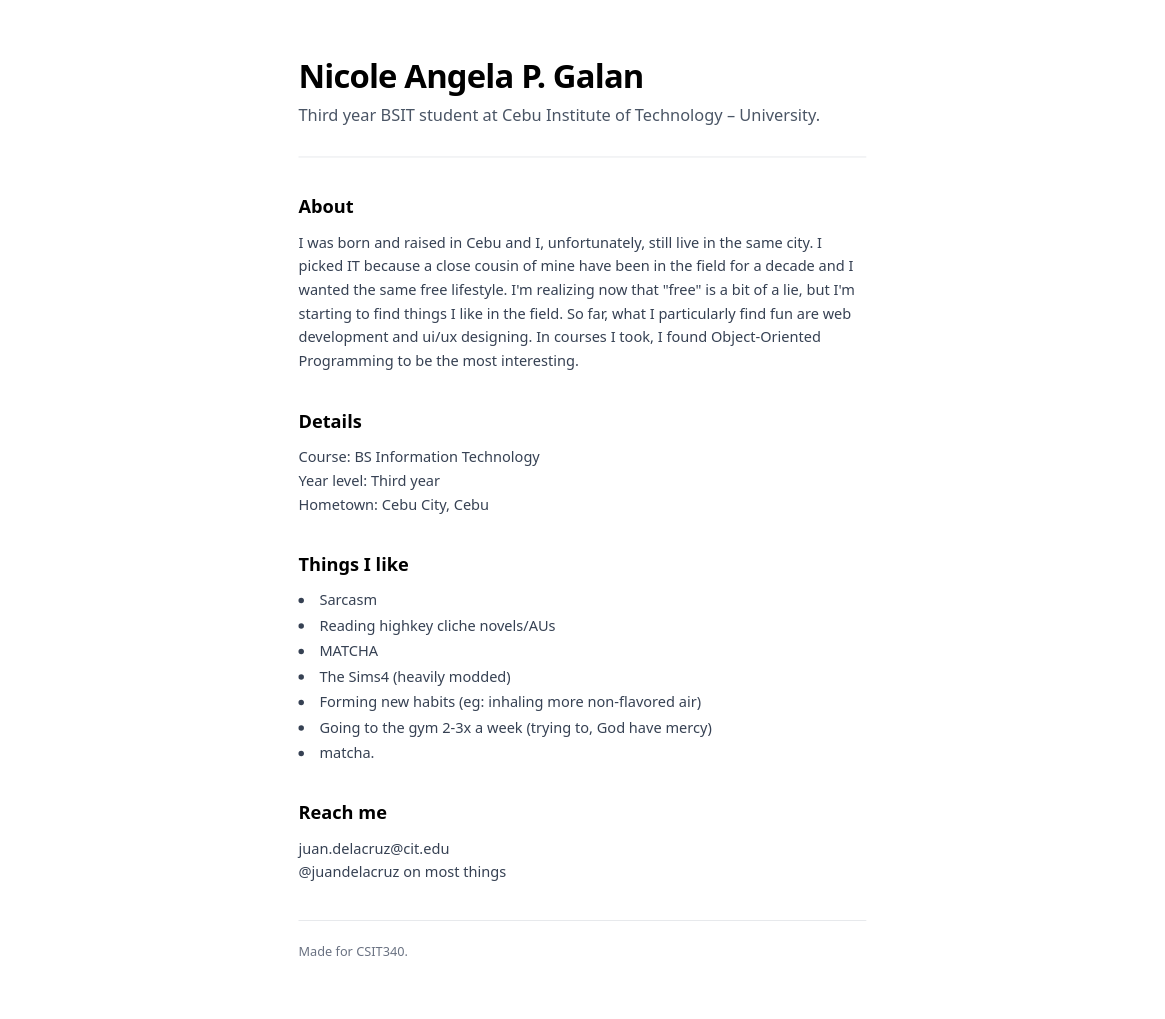
Repository: nicole-galan/CSIT340-Lab1-Galan
Page: /
These files come from the project's save history. The page is drawn as it stood at one moment and after the next save; the edit follows.
The browser window is 1280 px wide. The pictures show the whole page, at 91% of full size.
The project was rebuilt for these pictures with package versions that can differ from the ones it lists, and the page was loaded fresh each time. Also part of the build but not shown: vite.config.js.

Above is the page before, as saved 2026-09-04 16:54:35.

After the next save:
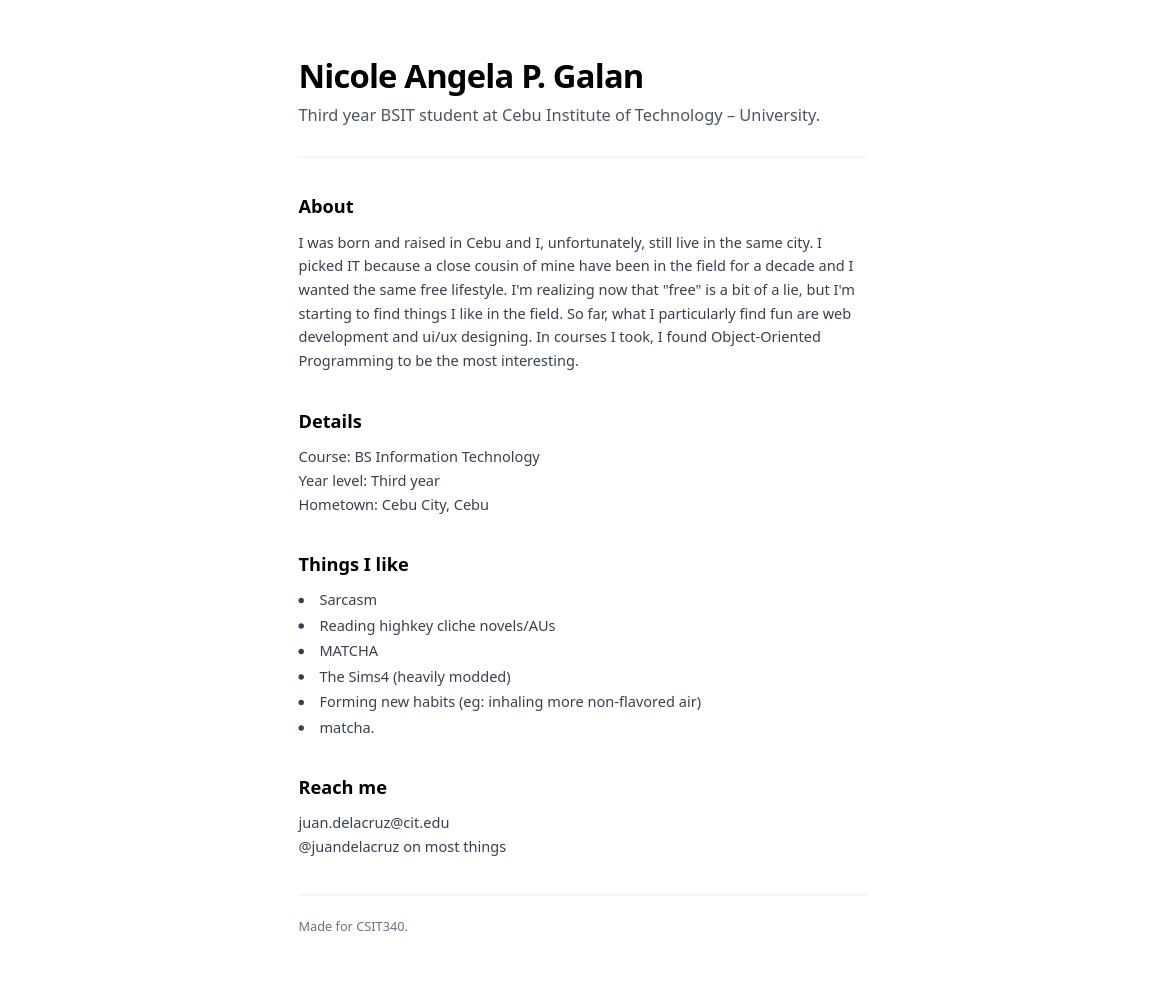
Saved 21 s later.
--- a/src/App.jsx
+++ b/src/App.jsx
@@ -41,7 +41,6 @@ function App() {
             <li>MATCHA</li>
             <li>The Sims4 (heavily modded)</li>
             <li>Forming new habits (eg: inhaling more non-flavored air)</li>
-            <li>Going to the gym 2-3x a week (trying to, God have mercy)</li>
             <li>matcha.</li>
           </ul>
         </section>
